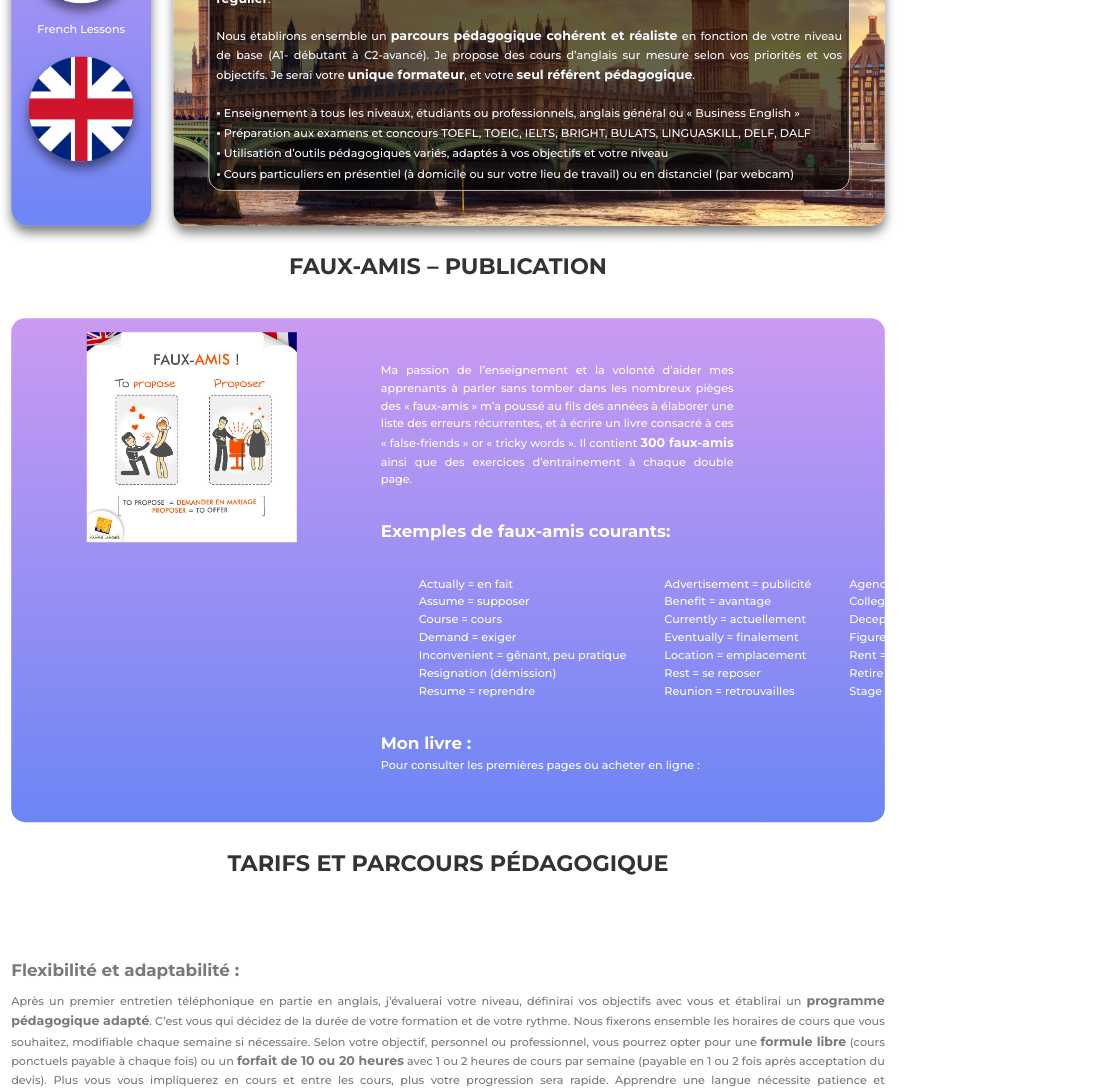
Repository: TheHikuro/FormAnglais
Page: www/index.html
An editor plug-in stored every save of this project. The page is shown before and after the next save, followed by the edit.
The browser window is 1280 px wide. The page is 1544 px wide, then 1567 px, so the pictures cover 1567 px, including what lies to the right of the window. The pictures show the part of the page from y = 2252 to 3812 px (the page is 5116 px tall), at 70% of full size.
Some web libraries are served in a nearby version.

Above is the page before, as saved 2021-06-10 20:05:24.
Console error: TypeError: Cannot read properties of null (reading 'classList')

After the next save:
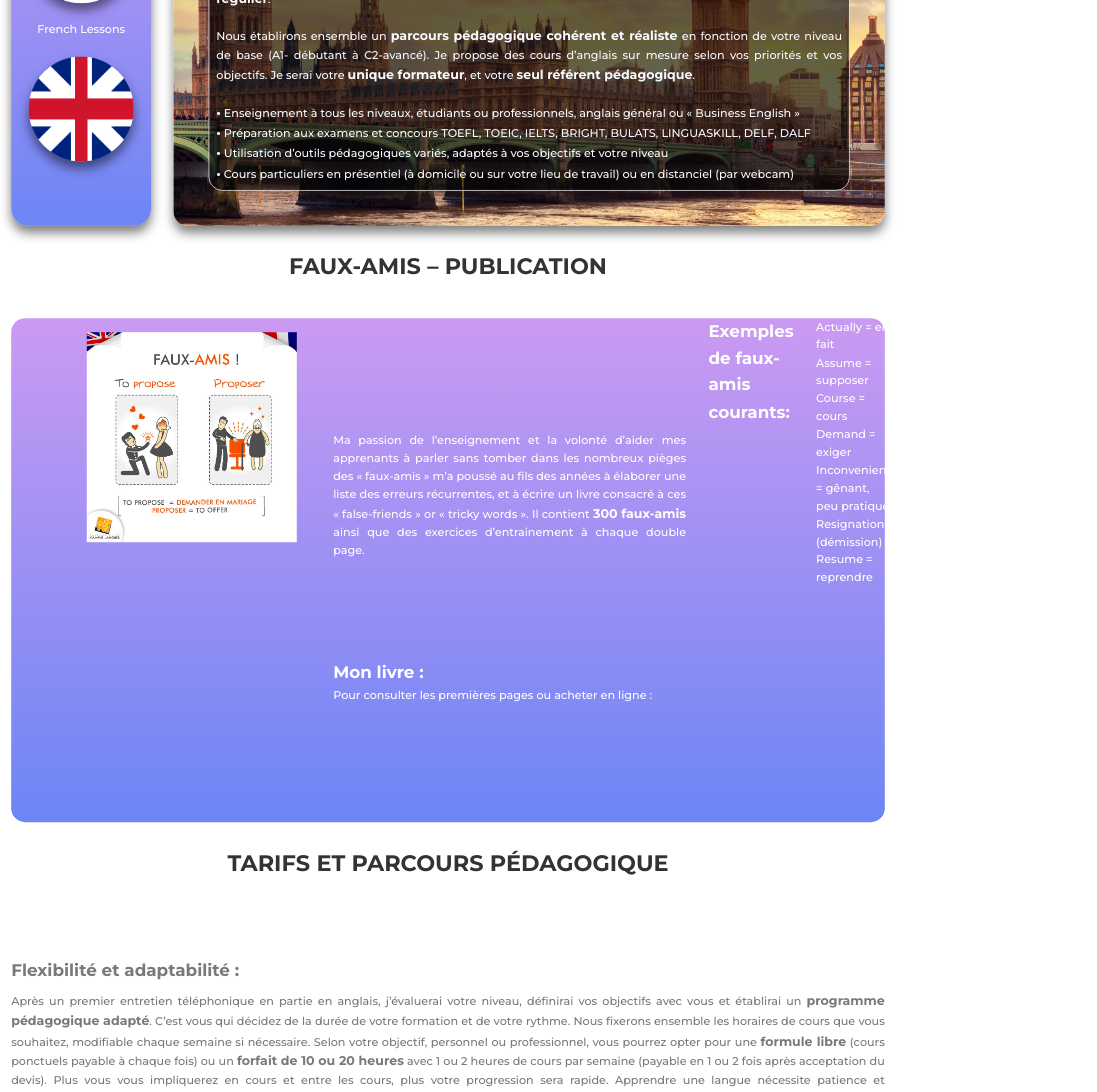
Saved 55 s later.
--- a/www/index.html
+++ b/www/index.html
@@ -136,7 +136,16 @@
                                     à chaque double page.
                                 </p>
                             </div>
-                            <h2>Exemples de faux-amis courants:</h2>
+                            <div class="fxA3">
+                                <h2>Mon livre :</h2>
+                                <p>Pour consulter les premières pages ou acheter en ligne :</p> <br>
+                                <div class="book_cover">
+                                    <a href="https://livre.fnac.com/a10160018/Alexandra-Roque-Les-300-principaux-faux-amis-anglais-a-connaitre-Mots-en-
+                                    contexte-et-exercices-corriges?Origin=fnac_google" target="_blank"><div class="book_cover__cover" style="background-image: url(assets/images/Cover_book.jpg);"></div></a>
+                                </div>
+                            </div>
+                        </div>
+                        <h2>Exemples de faux-amis courants:</h2>
                             <div class="fxA2">
                                 <div class="ex_fx">
                                     <p>Actually = en fait</p>
@@ -166,15 +175,6 @@
                                     <p>Stage = étape/scène</p>
                                 </div>
                             </div>
-                            <div class="fxA3">
-                                <h2>Mon livre :</h2>
-                                <p>Pour consulter les premières pages ou acheter en ligne :</p> <br>
-                                <div class="book_cover">
-                                    <a href="https://livre.fnac.com/a10160018/Alexandra-Roque-Les-300-principaux-faux-amis-anglais-a-connaitre-Mots-en-
-                                    contexte-et-exercices-corriges?Origin=fnac_google" target="_blank"><div class="book_cover__cover" style="background-image: url(assets/images/Cover_book.jpg);"></div></a>
-                                </div>
-                            </div>
-                        </div>
                     </div>
                 </section>
                 <section class="Devis_tarif" id="Devis_tarif">
